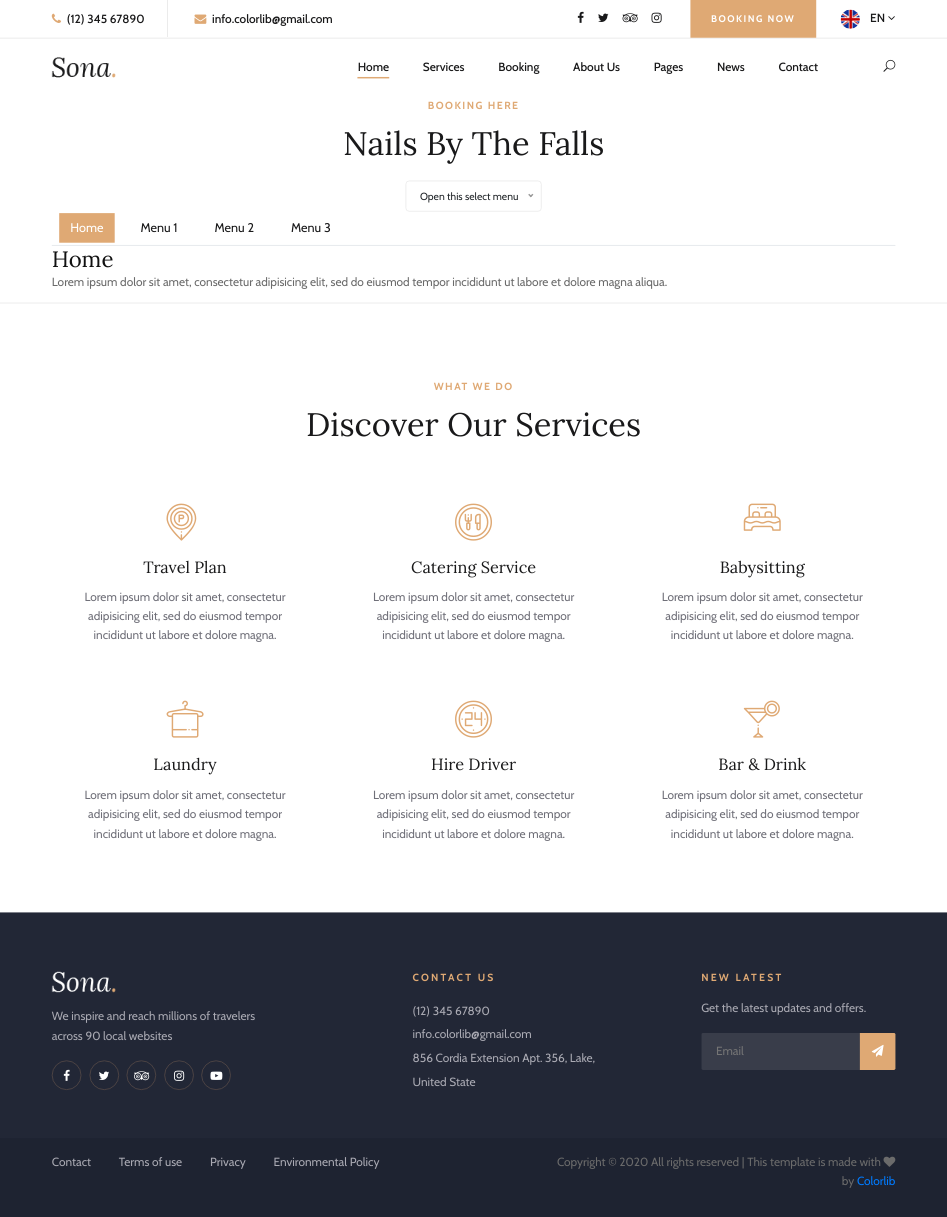
Repository: KeriBoss/Booking_Spa
Page: booking.html
These files come from the project's save history. The page is drawn as it stood at one moment and after the next save; the edit follows.
The browser window is 1280 px wide. The pictures show the whole page, at 74% of full size.

Above is the page before, as saved 2023-05-19 16:04:13.

After the next save:
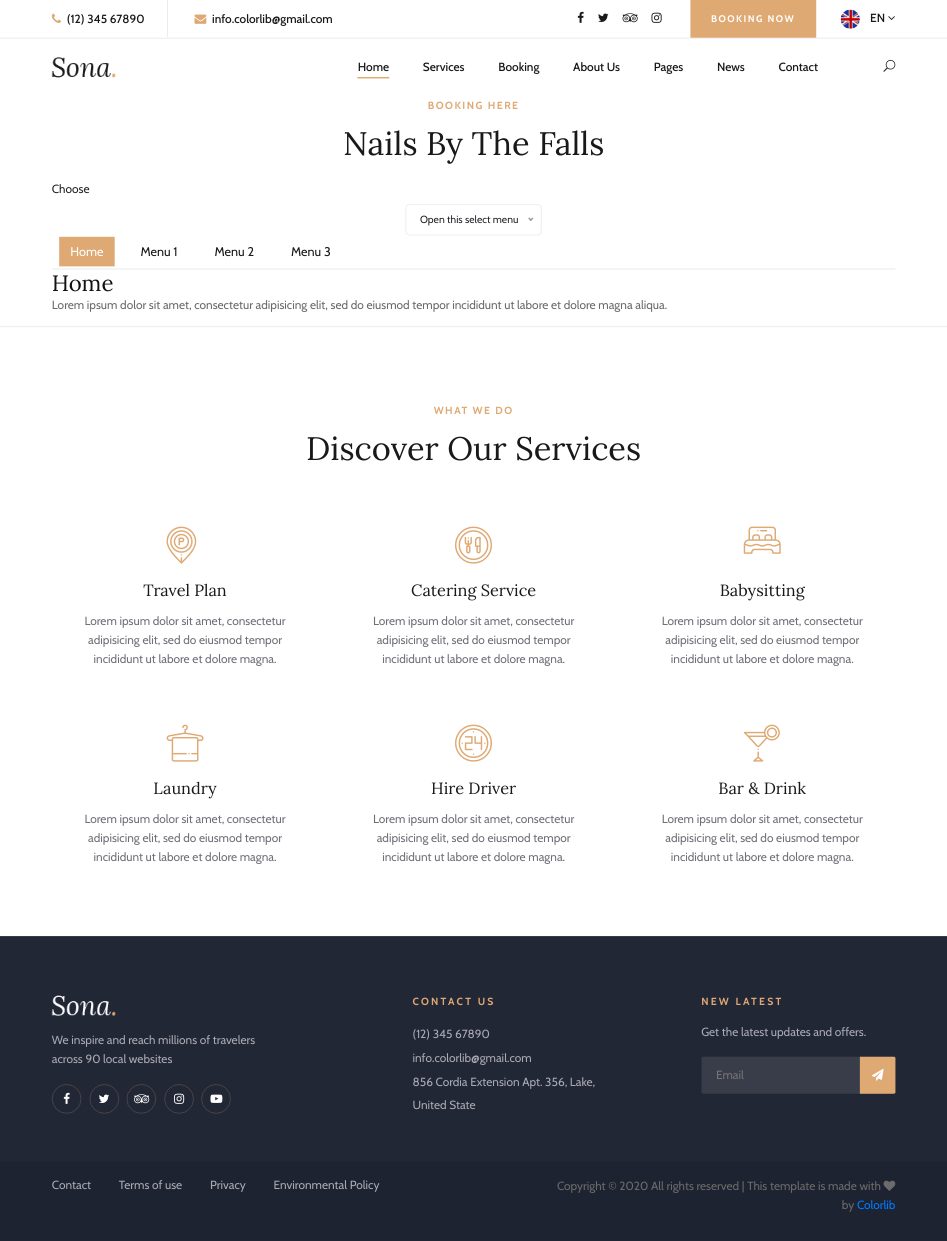
Saved 13 s later.
--- a/booking.html
+++ b/booking.html
@@ -177,6 +177,7 @@
                     </div>
                 </div>
                 <div class="col-lg-12">
+                    <label for="">Choose</label>
                     <div class="d-flex justify-content-center align-items-center">
                         <select class="form-select" aria-label="Default select example">
                             <option selected>Open this select menu</option>

After the save that followed:
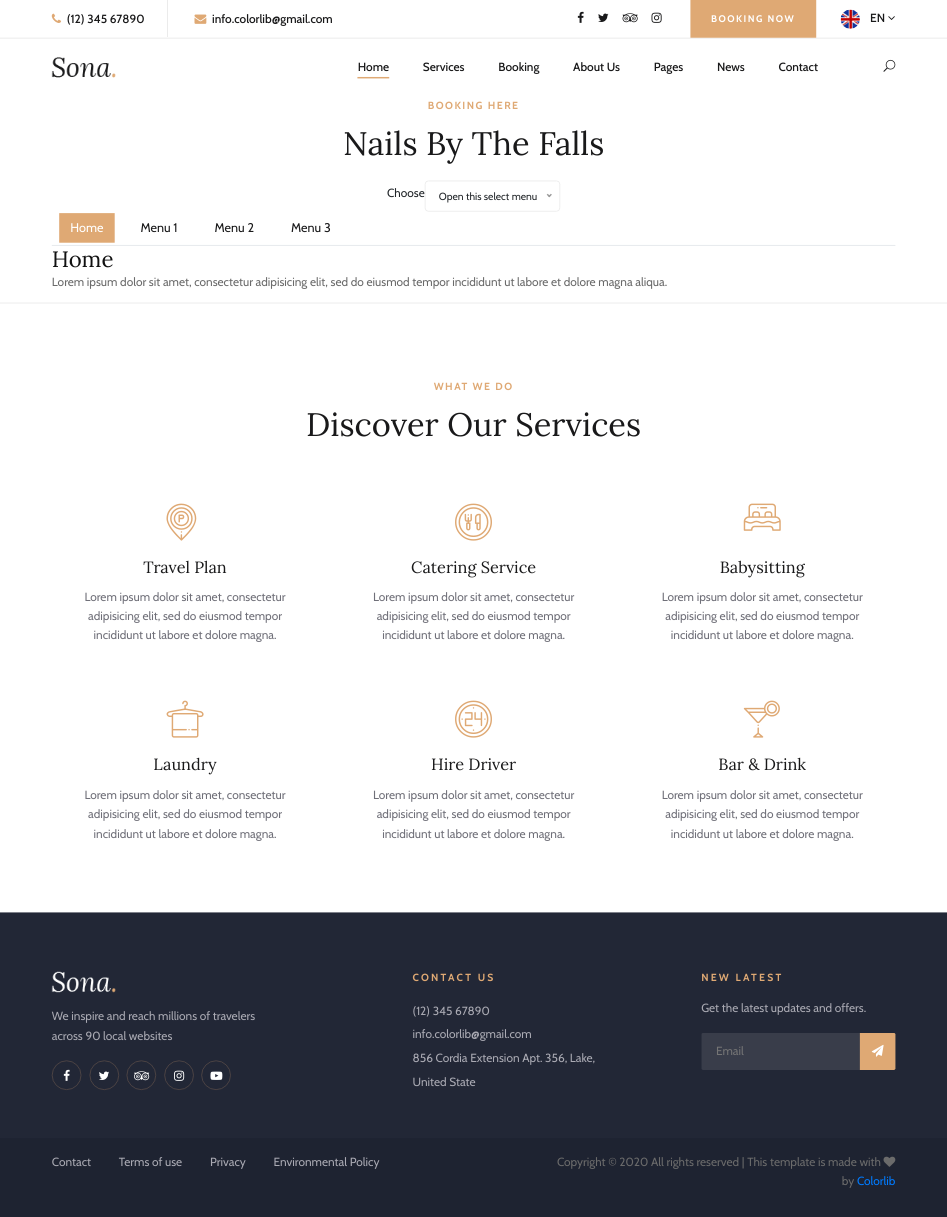
Saved 5 s later.
--- a/booking.html
+++ b/booking.html
@@ -177,8 +177,8 @@
                     </div>
                 </div>
                 <div class="col-lg-12">
-                    <label for="">Choose</label>
                     <div class="d-flex justify-content-center align-items-center">
+                        <label for="">Choose</label>
                         <select class="form-select" aria-label="Default select example">
                             <option selected>Open this select menu</option>
                             <option value="1">One</option>
